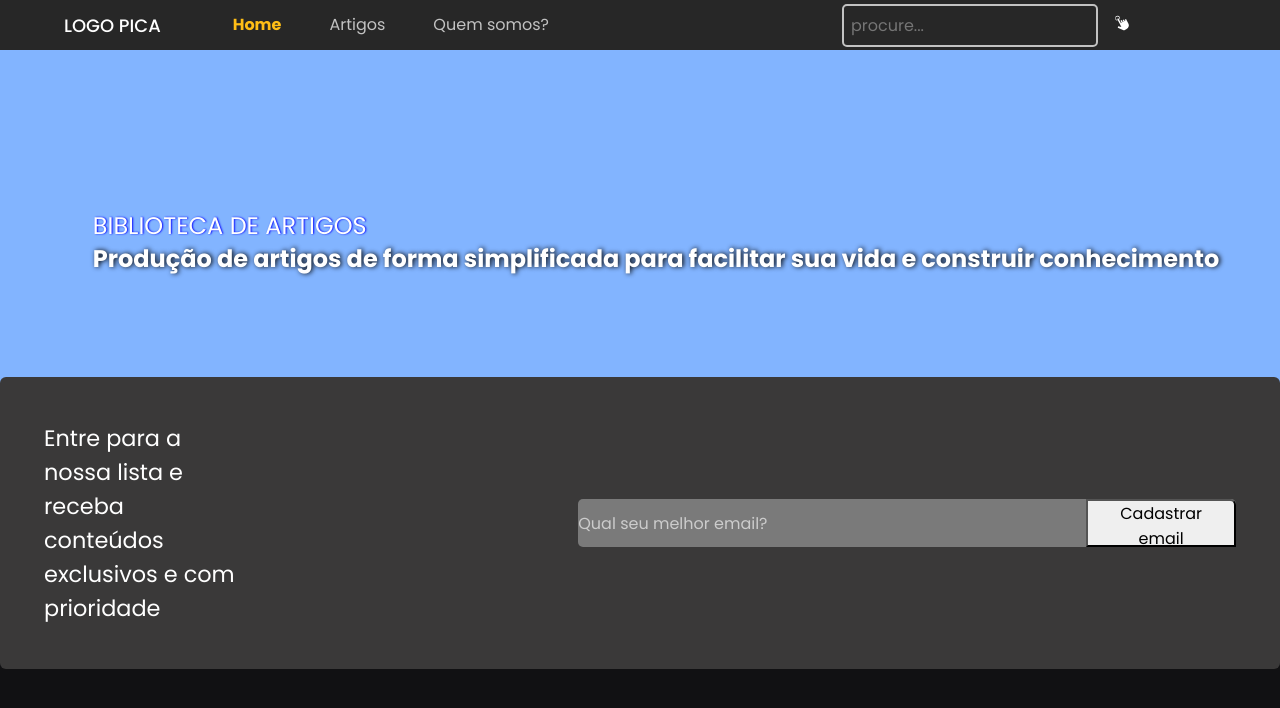
Repository: ArthurHendrich/Inepto
Page: /
The author's editor kept a copy of each file at every save. The page is drawn from the files as they stood at one save, then again after a run of saves.
The browser window is 1280 px wide. The pictures show the whole page.
The project was rebuilt for these pictures with package versions that can differ from the ones it lists, and the page was loaded fresh each time. The framework's server and built-in components were replaced by stand-ins that run in the browser. Also part of the build but not shown: next.config.js.

Above is the page before, as saved 2022-07-06 20:33:55.

After the next 2 saves:
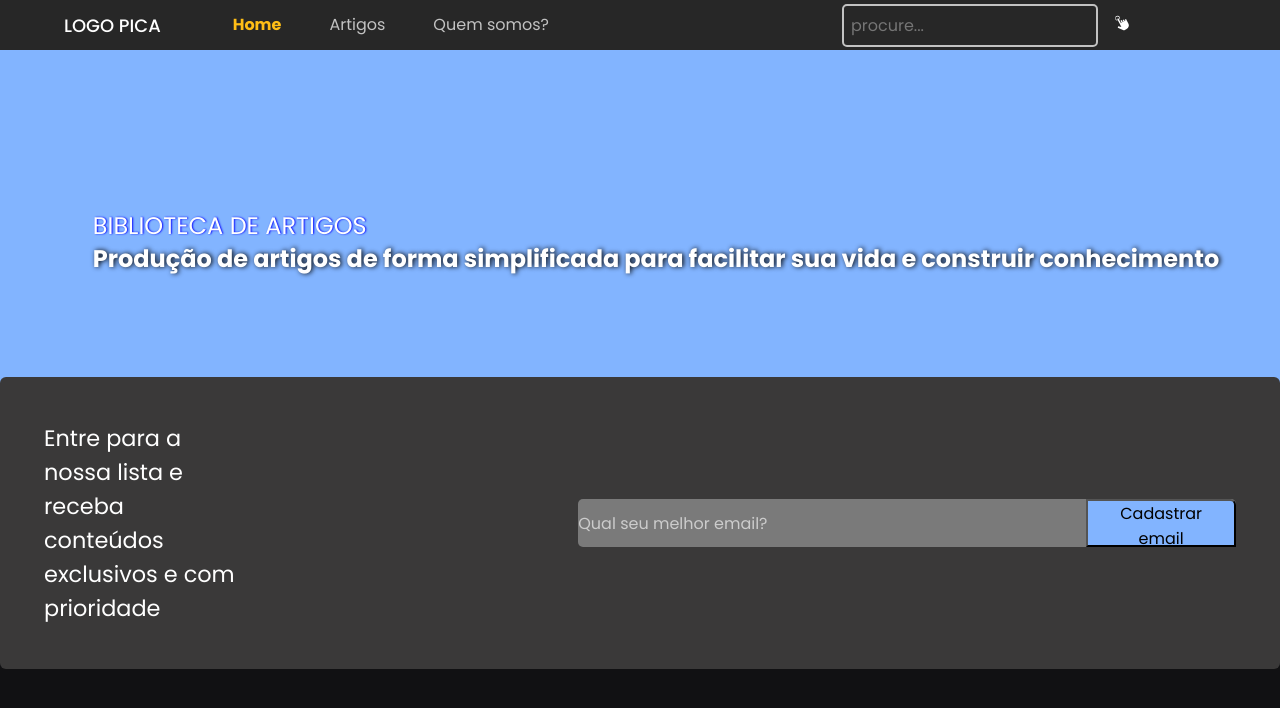
The 2 saves are shown as one change because they came seconds apart.
The last was saved 24 s later.
--- a/src/styles/home.module.scss
+++ b/src/styles/home.module.scss
@@ -69,6 +69,7 @@
         padding-right: 2rem;
         text-align: center;
         border-top-right-radius: 6px;
+        background-color: var(--blue-500);
       }
     }
   }
